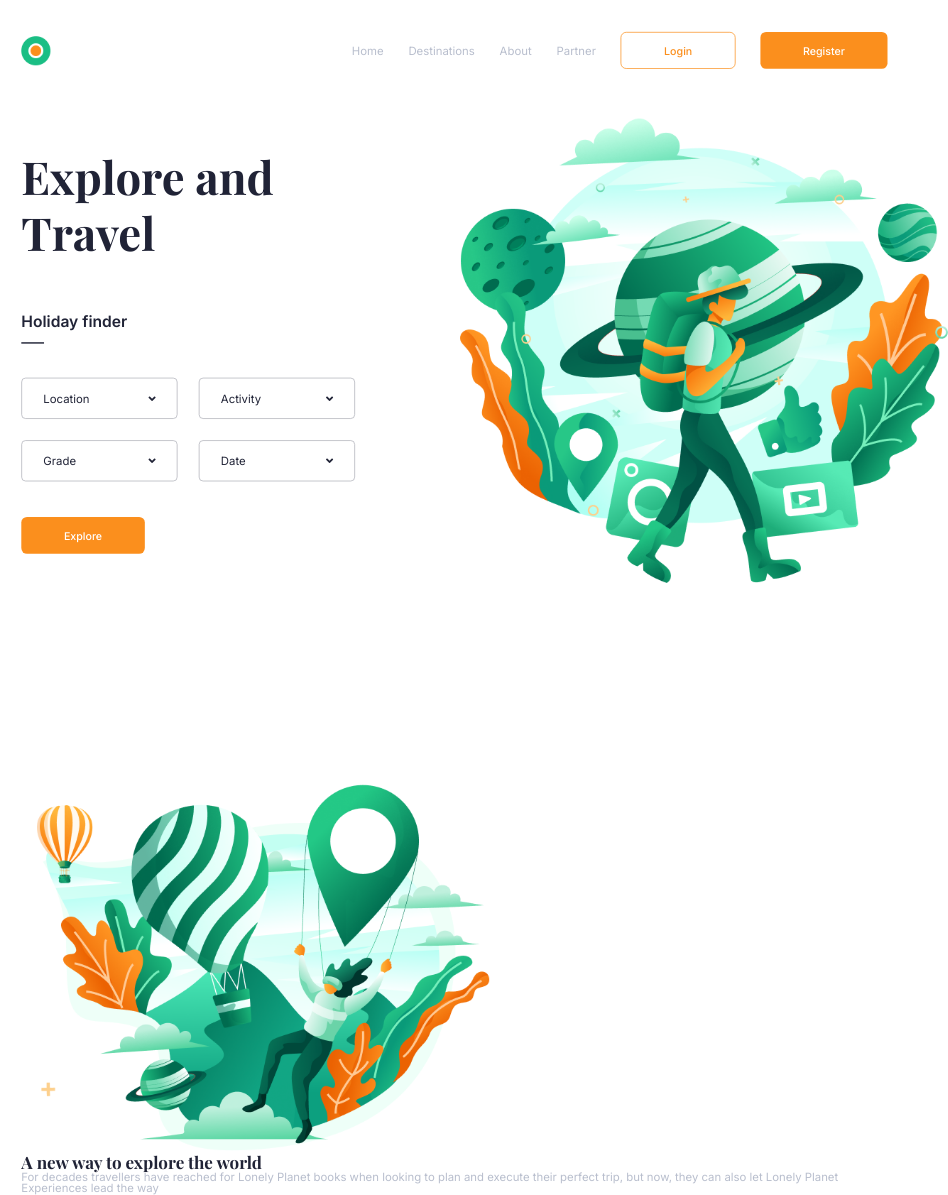
Repository: long5122000/sunny
Page: index.html
These files come from the project's save history. The page is drawn as it stood at one moment and after the next save; the edit follows.
The browser window is 1280 px wide. The page is 1335 px wide, so the pictures cover 1335 px, including what lies to the right of the window. The pictures show the whole page, at 71% of full size.
The style sheet was rebuilt from its Sass, Less or Tailwind sources for each picture, by a compiler version that may differ from the author's.

Above is the page before, as saved 2021-11-24 21:11:58.

After the next save:
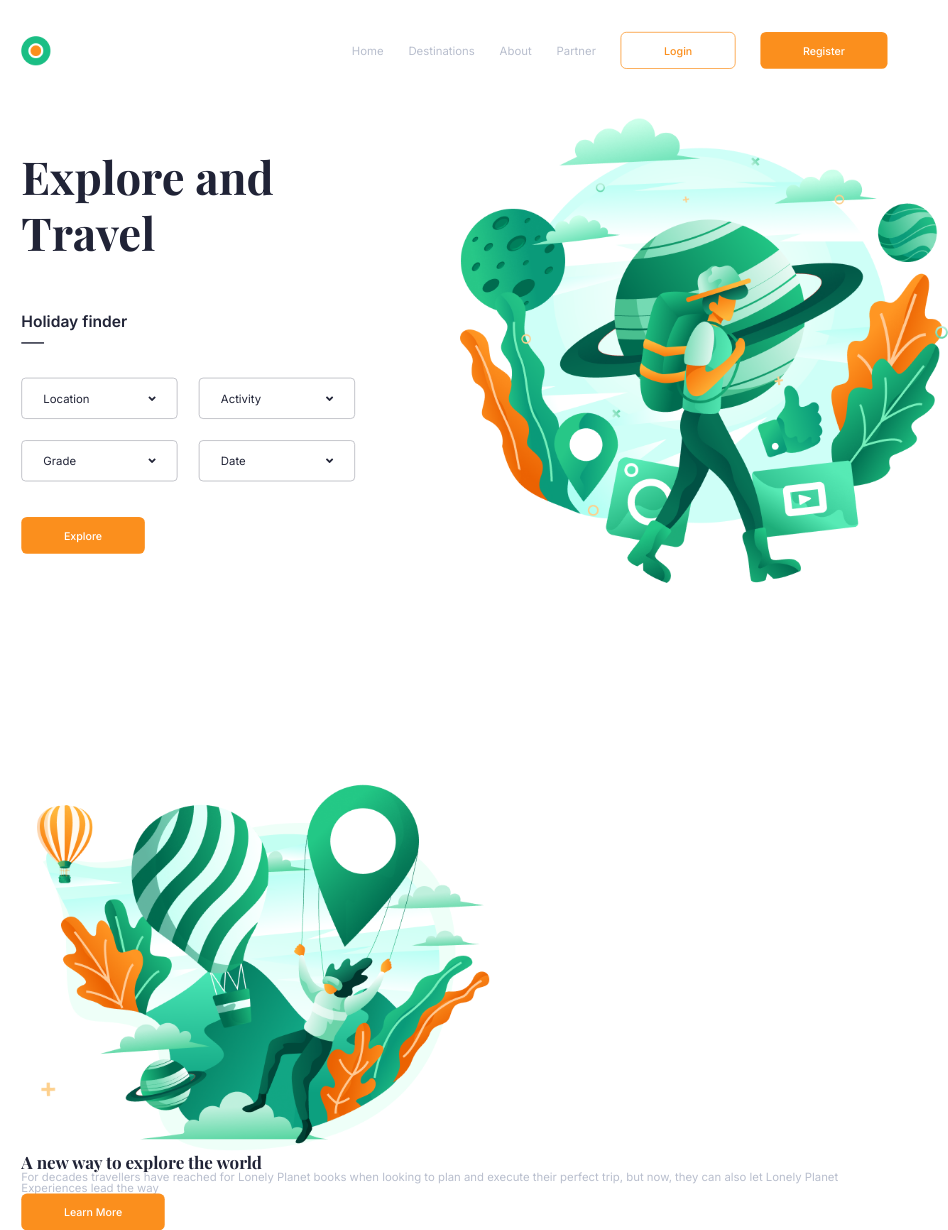
Saved 49 s later.
--- a/index.html
+++ b/index.html
@@ -124,6 +124,7 @@
                   when looking to plan and execute their perfect trip, but now,
                   they can also let Lonely Planet Experiences lead the way
                 </p>
+                <div class="btn btn--primary" href="!#">Learn More</div>
               </div>
             </div>
           </div>
